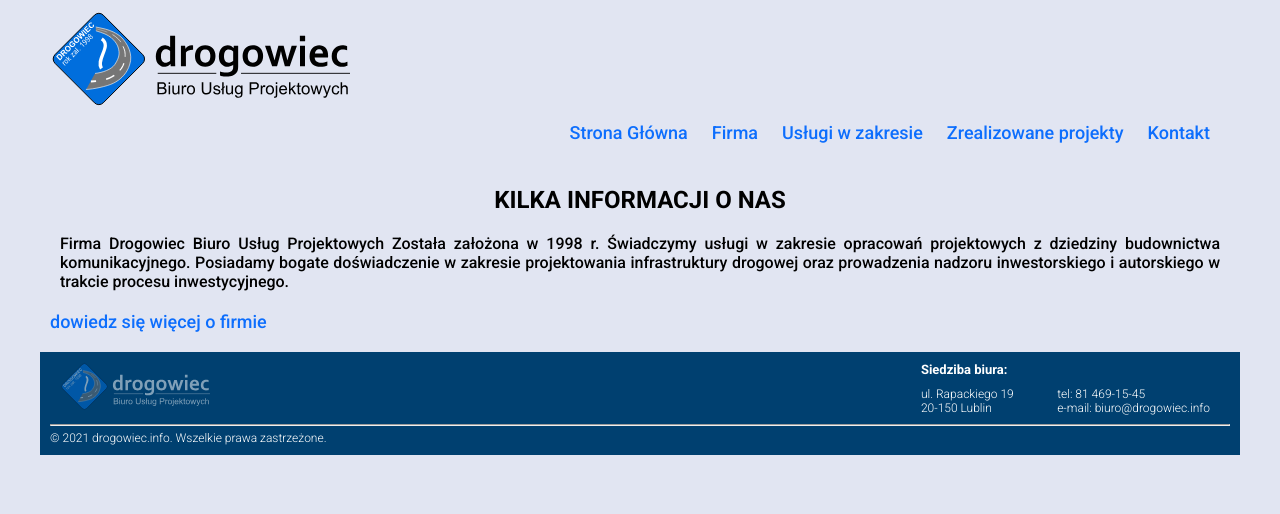
Repository: AdamBodzak/WTF_v2
Page: index.html
These files come from the project's save history. The page is drawn as it stood at one moment and after the next save; the edit follows.
The browser window is 1280 px wide. The pictures show the whole page.

Above is the page before, as saved 2021-01-11 20:19:52.

### index.html
<!DOCTYPE html>
<html lang="pl">
<head>
    <meta charset="UTF-8">
    <meta name="viewport" content="width=device-width, initial-scale=1.0">
    <link rel="preconnect" href="https://fonts.gstatic.com">
    <link rel="stylesheet" href="style.css" type="text/css">
    <title>DROGOWIEC Biuro Usług Projektowych</title>
</head>
<body>
    <header>
        <a href="index.html">
            <img id="logo" src="./img/LogoBlack.svg" alt="Logo image">
        </a>
        <nav>
            <ul id="nawigationBar">
                <li> <a class="menuItem" href="#"> Strona Główna </a></li>
                <li> <a class="menuItem" href="#"> Firma </a></li>
                <li> <a class="menuItem" href="#"> Usługi w zakresie </a></li>
                <li> <a class="menuItem" href="#"> Zrealizowane projekty </a></li>
                <li> <a class="menuItem" href="#"> Kontakt </a></li>
            </ul>
        </nav>
    </header>
    <main>
        <section id="section">
            <h1 id="hederSection">KILKA INFORMACJI O NAS</h1>
            <p id="paragrafSection">
                Firma Drogowiec Biuro Usług Projektowych Została założona w 1998 r.
                Świadczymy usługi w zakresie opracowań projektowych z dziedziny budownictwa
                komunikacyjnego. Posiadamy bogate doświadczenie w zakresie projektowania infrastruktury
                drogowej oraz prowadzenia nadzoru inwestorskiego i autorskiego w trakcie procesu inwestycyjnego.
            </p>
            <a id="buttonSection" href="#">
                dowiedz się więcej o firmie
            </a>
        </section>
    <main>
    <footer>
        <div id="footerID">
            <div class="footerElement">
                <a href="index.html">
                    <img id="logoFooter" src="./img/LogoWhite.svg" alt="Logo image">
                </a>
            </div>
            <div id="kontakt" class="footerElement">
                <h2 id="footerHeder">
                    Siedziba biura:
                </h2>
                <p id="footerKontakt">
                    ul. Rapackiego 19 <br>
                    20-150 Lublin
                </p>
                <p id="footerKontakt">
                    tel: 81 469-15-45 <br>
                    e-mail: biuro@drogowiec.info
                </p>
            </div>
            <hr>
            <p id="footerLow">
                © 2021 drogowiec.info. Wszelkie prawa zastrzeżone.
            </p>
        </div>
    </footer>
</body>
</html>

### style.css
@import url('https://fonts.googleapis.com/css2?family=Roboto:wght@300;500;700&display=swap');

* {
    box-sizing: border-box;
    margin: 0px;
    padding: 0px;
}

body {
    max-width: 1200px;
    font-weight: 500;
    font-family: 'Roboto', sans-serif;
    background-color: #E1E5F2;
    margin-left: auto;
    margin-right: auto;
}

#logo {
    width: 300px;
    margin: 10px;
}

#nawigationBar{
    text-align: right;
    margin-right: 20px;
    height: 44px;
}

#nawigationBar>li {
    display: inline-block;
}

.menuItem{
    font-size: 18px;
    color: #0d6efd;
    text-decoration: none;
    padding: 10px;
}

.menuItem:hover {
    color: #FFF;
    background-color:#0d6efd;
}

#sectio {
    display: flex;
    flex-flow: column wrap;
    justify-content: center;
}

#hederSection {
    display: block;
    text-align: center;
    padding: 20px 20px 0px 20px;
}

#paragrafSection {
    display: block;
    text-align: justify;
    padding: 20px;
}

#buttonSection {
    display: flexbox;
    text-align: center;
    font-size: 18px;
    color: #0d6efd;
    text-decoration: none;
    padding: 10px;
}

#buttonSection:hover {
    color: #FFF;
    background-color:#0d6efd;
}

#logoFooter {
    width: 150px;
    opacity: 0.5;
}

.footerElement {
    display: inline-block;
    margin: 10px;
}

#footerID {
    position: relative;
    margin-top: 20px;
    padding: 0px 10px 10px 10px;
    font-weight: 300;
    font-size: 14px;
    color: white;
    background-color: #004070;
}

#kontakt {
    position: absolute;
    right: 0px;
}

#footerKontakt {
    display: inline-block;
    font-size: 12px;
    margin: 10px 20px;
}

#footerHeder {
    margin: 0px 20px;
    font-size: 13px;
}

#footerLow {
    font-size: 12px;
    padding-top: 5px;
}

Loaded but not shown: img/LogoWhite.svg (19 lines, source omitted); img/LogoBlack.svg (19 lines, source omitted)

After the next save:
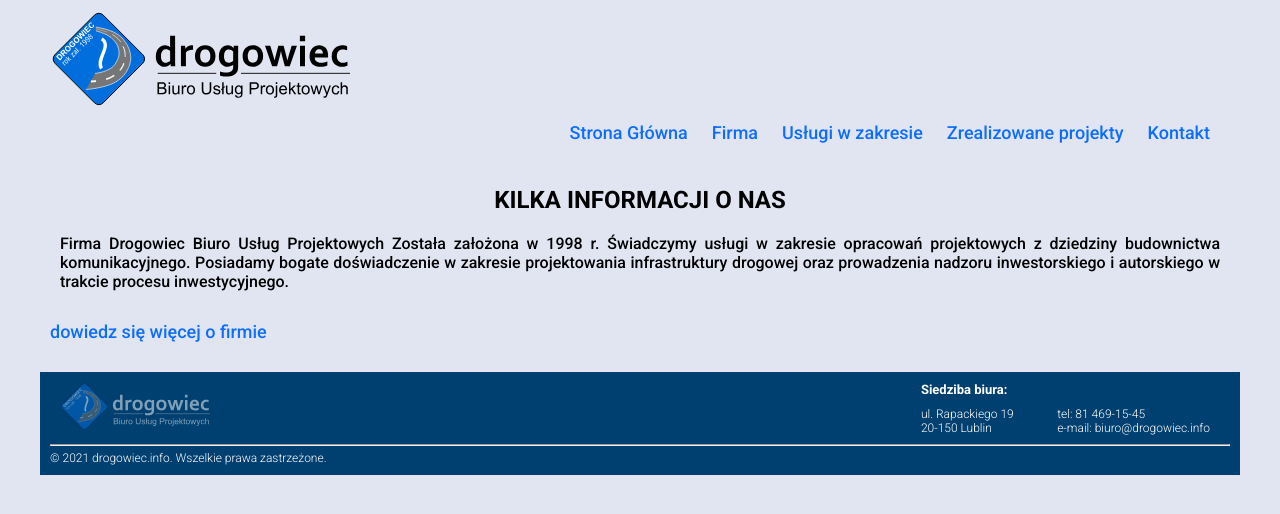
Saved 18 s later.
--- a/style.css
+++ b/style.css
@@ -61,8 +61,8 @@
 }
 
 #buttonSection {
-    display: flexbox;
-    text-align: center;
+    display: flex;
+    /* text-align: center; */
     font-size: 18px;
     color: #0d6efd;
     text-decoration: none;
